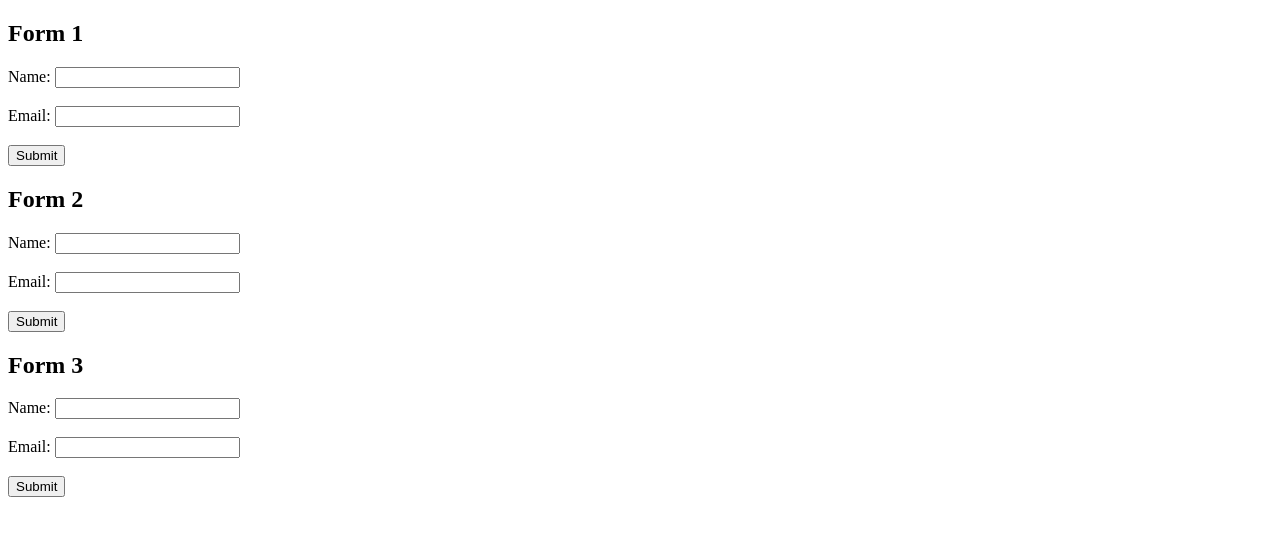
Repository: RajatPalankar8/nodejs_bucket_ball_task_new
Page: http://localhost/
These files come from the project's save history. The page is drawn as it stood at one moment and after the next save; the edit follows.
The browser window is 1280 px wide. The pictures show the whole page.
The page is served by the project's Node server (index.js). Other server files are loaded and not shown.

Above is the page before, as saved 2023-07-17 10:15:58.

### views/index.ejs
<!DOCTYPE html>
<html>
<head>
  <title>Multiple Forms Example</title>
</head>
<body>
  <form id="form1">
    <h2>Form 1</h2>
    <label for="name1">Name:</label>
    <input type="text" id="name1" name="name1" required><br><br>
    <label for="email1">Email:</label>
    <input type="email" id="email1" name="email1" required><br><br>
    <input type="submit" value="Submit">
    <p id="form1-response"></p>
  </form>

  <form id="form2">
    <h2>Form 2</h2>
    <label for="name2">Name:</label>
    <input type="text" id="name2" name="name2" required><br><br>
    <label for="email2">Email:</label>
    <input type="email" id="email2" name="email2" required><br><br>
    <input type="submit" value="Submit">
    <p id="form2-response"></p>
  </form>

  <form id="form3">
    <h2>Form 3</h2>
    <label for="name3">Name:</label>
    <input type="text" id="name3" name="name3" required><br><br>
    <label for="email3">Email:</label>
    <input type="email" id="email3" name="email3" required><br><br>
    <input type="submit" value="Submit">
    <p id="form3-response"></p>
  </form>

  <script src="https://cdn.jsdelivr.net/npm/axios/dist/axios.min.js"></script>
  <script>
    // Function to handle form submission
    function handleSubmit(event) {
      event.preventDefault(); // Prevent the default form submission

      // Get the form data
      const form = event.target;
      const formData = new FormData(form);

      // Convert form data to JSON object
      const jsonData = {};
      formData.forEach((value, key) => {
        jsonData[key] = value;
      });

      // Make a POST request to the backend API
      axios.post('http://localhost:3000/createBucket', jsonData)
        .then(response => {
          // Handle the API response
          const formId = form.id;
          const responseElement = document.getElementById(`${formId}-response`);
          responseElement.textContent = response.data.message;
        })
        .catch(error => {
          console.error(error); // Handle any errors
        });
    }

    // Attach event listeners to the forms
    const form1 = document.getElementById('form1');
    form1.addEventListener('submit', handleSubmit);

    const form2 = document.getElementById('form2');
    form2.addEventListener('submit', handleSubmit);

    const form3 = document.getElementById('form3');
    form3.addEventListener('submit', handleSubmit);
  </script>
</body>
</html>

### index.js
const app = require('./app');
const db = require('./config/db')
const port = 3000;
app.get('/',(req,res)=>{
    res.send('Hello World');
});

app.listen(port,()=>{
    console.log(`Server Listening on Port http://localhost:${port}`);
})

### app.js
const express = require("express");
const bodyParser = require("body-parser");
const bucketRouter = require('./routes/bucket.router');
const path = require("path");
const app = express();

app.use(bodyParser.json())
app.set("view engine", "ejs");
app.set("views", path.join(__dirname, "views"));
app.use(express.static(`${__dirname}/public`));


app.use("/",bucketRouter);

app.use("/", (req, res) => {
    res.status(200).render("index");
  });


module.exports = app;

After the next save:
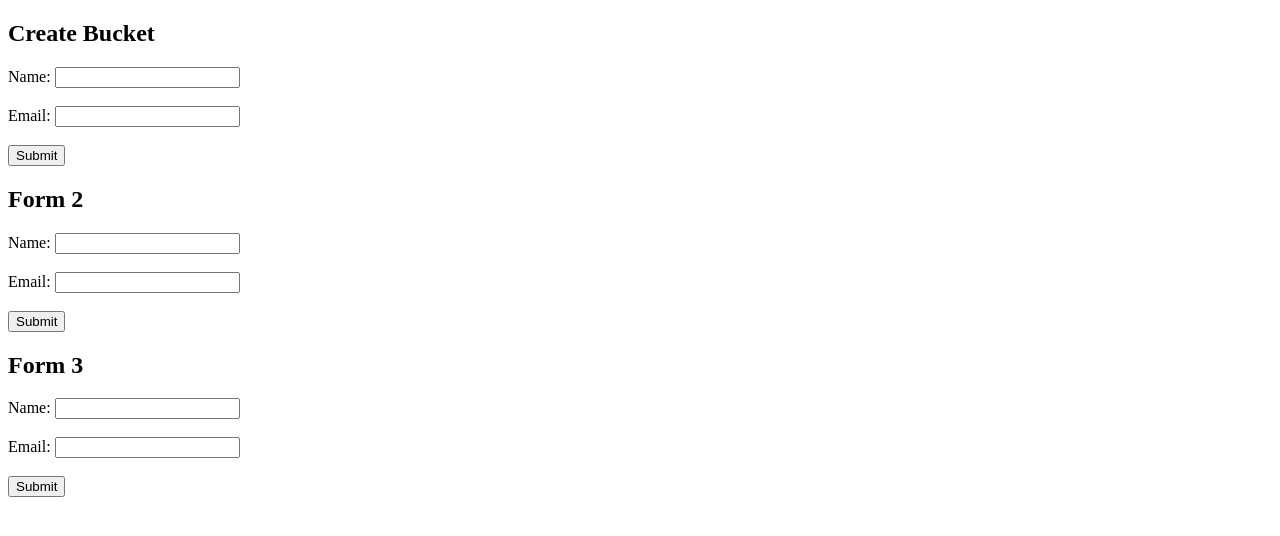
Console error: ReferenceError: handleSubmit is not defined
Saved 49 s later.
--- a/views/index.ejs
+++ b/views/index.ejs
@@ -1,11 +1,11 @@
 <!DOCTYPE html>
 <html>
 <head>
-  <title>Multiple Forms Example</title>
+  <title>Bucket Ball App</title>
 </head>
 <body>
   <form id="form1">
-    <h2>Form 1</h2>
+    <h2>Create Bucket</h2>
     <label for="name1">Name:</label>
     <input type="text" id="name1" name="name1" required><br><br>
     <label for="email1">Email:</label>
@@ -37,7 +37,7 @@
   <script src="https://cdn.jsdelivr.net/npm/axios/dist/axios.min.js"></script>
   <script>
     // Function to handle form submission
-    function handleSubmit(event) {
+    function createBucketEvent(event) {
       event.preventDefault(); // Prevent the default form submission
 
       // Get the form data
